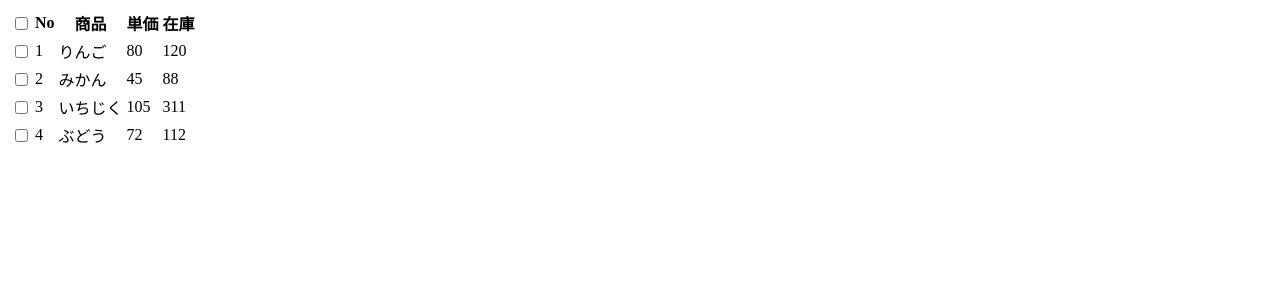
Repository: nathox/backup
Page: http://localhost/Favorite/s.jsp
An editor plug-in stored every save of this project. The page is shown before and after the next save, followed by the edit.
The browser window is 1280 px wide. The pictures show the whole page.
The page is served by Tomcat 9. Other server files are loaded and not shown.

Above is the page before, as saved 2018-02-07 07:22:45.

### Favorite/WebContent/s.jsp
<%@ page language="java" contentType="text/html; charset=UTF-8"
    pageEncoding="UTF-8"%>
<!DOCTYPE html PUBLIC "-//W3C//DTD HTML 4.01 Transitional//EN" "http://www.w3.org/TR/html4/loose.dtd">
<html>
<head>
<meta http-equiv="Content-Type" content="text/html; charset=UTF-8">
<title>Insert title here</title>
</head>
<body>

 <table>
        <thead id="hoge-head">
            <tr>
                <th><input type="checkbox"></th>
                <th>No</th>
                <th>商品</th>
                <th>単価</th>
                <th>在庫</th>
            </tr>
        </thead>
        <tbody id="hoge-body">
            <tr>
                <td><input type="checkbox"></td>
                <td>1</td>
                <td>りんご</td>
                <td>80</td>
                <td>120</td>
            </tr>
            <tr>
                <td><input type="checkbox"></td>
                <td>2</td>
                <td>みかん</td>
                <td>45</td>
                <td>88</td>
            </tr>
            <tr>
                <td><input type="checkbox"></td>
                <td>3</td>
                <td>いちじく</td>
                <td>105</td>
                <td>311</td>
            </tr>
            <tr>
                <td><input type="checkbox"></td>
                <td>4</td>
                <td>ぶどう</td>
                <td>72</td>
                <td>112</td>
            </tr>
        </tbody>
    </table>











</body>
</html>

After the next save:
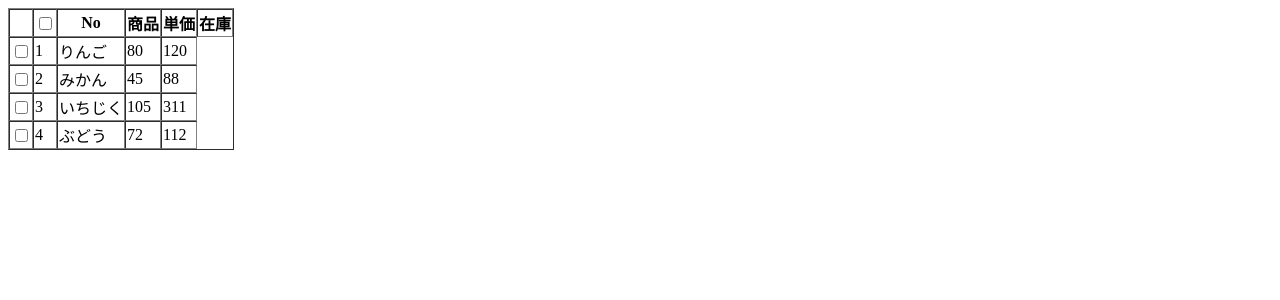
Saved 5 min 55 s later.
--- a/Favorite/WebContent/s.jsp
+++ b/Favorite/WebContent/s.jsp
@@ -8,10 +8,10 @@
 </head>
 <body>
 
- <table>
+ <table border="1" cellspacing="0">
         <thead id="hoge-head">
             <tr>
-                <th><input type="checkbox"></th>
+                <td><th><input type="checkbox"></th></td>
                 <th>No</th>
                 <th>商品</th>
                 <th>単価</th>
